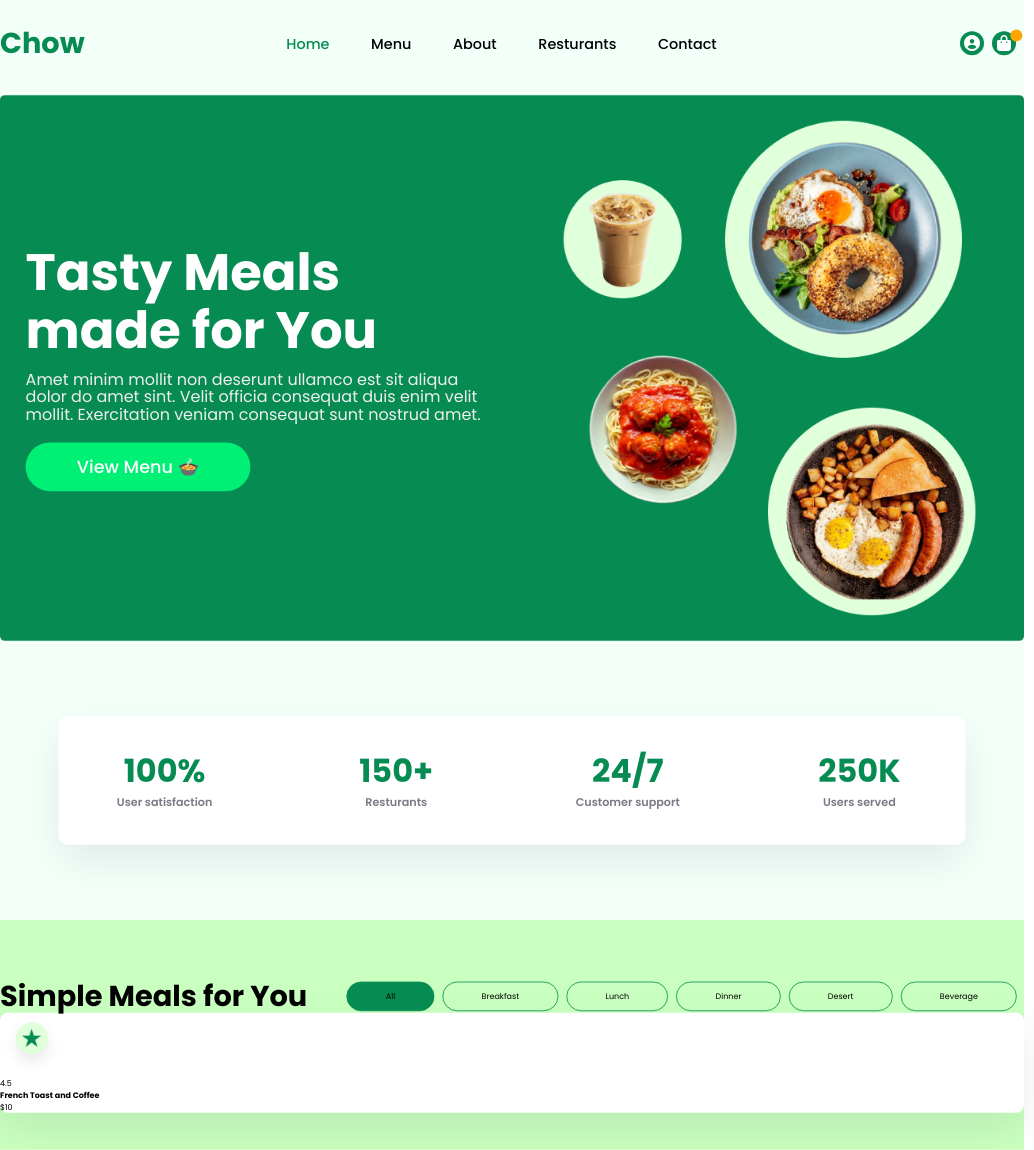
Repository: nguyennam1029/balbal
Page: index.html
An editor plug-in stored every save of this project. The page is shown before and after the next save, followed by the edit.
The browser window is 1280 px wide. The page is 1292 px wide, so the pictures cover 1292 px, including what lies to the right of the window. The pictures show the whole page, at 80% of full size.
Some web libraries are served in a nearby version.

Above is the page before, as saved 2022-07-01 22:12:09.

After the next save:
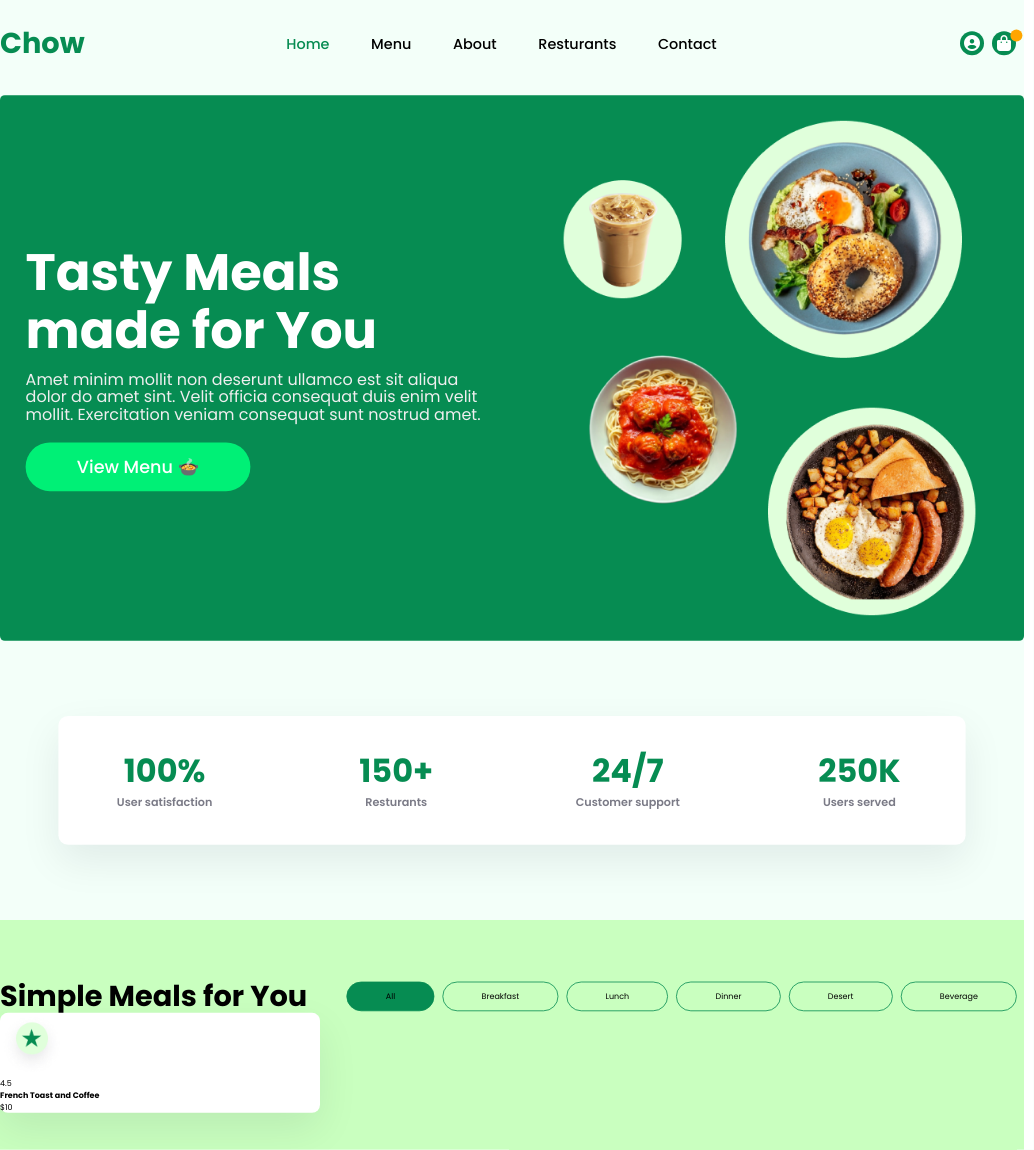
Saved 57 s later.
--- a/css/style.css
+++ b/css/style.css
@@ -268,10 +268,18 @@ ul {
     background: #068c5290;
 }
 
+.product-list {
+    display        : flex;
+    justify-content: space-between;
+    align-items    : center;
+    flex-wrap      : wrap;
+}
+
 .product-item {
     background: #FFFFFF;
     /* Drop Shadow/High */
 
     box-shadow   : 0px 20px 50px rgba(18, 17, 39, 0.08);
     border-radius: 10px;
-}
+    width        : calc((100% - 80px) / 3);
+}
